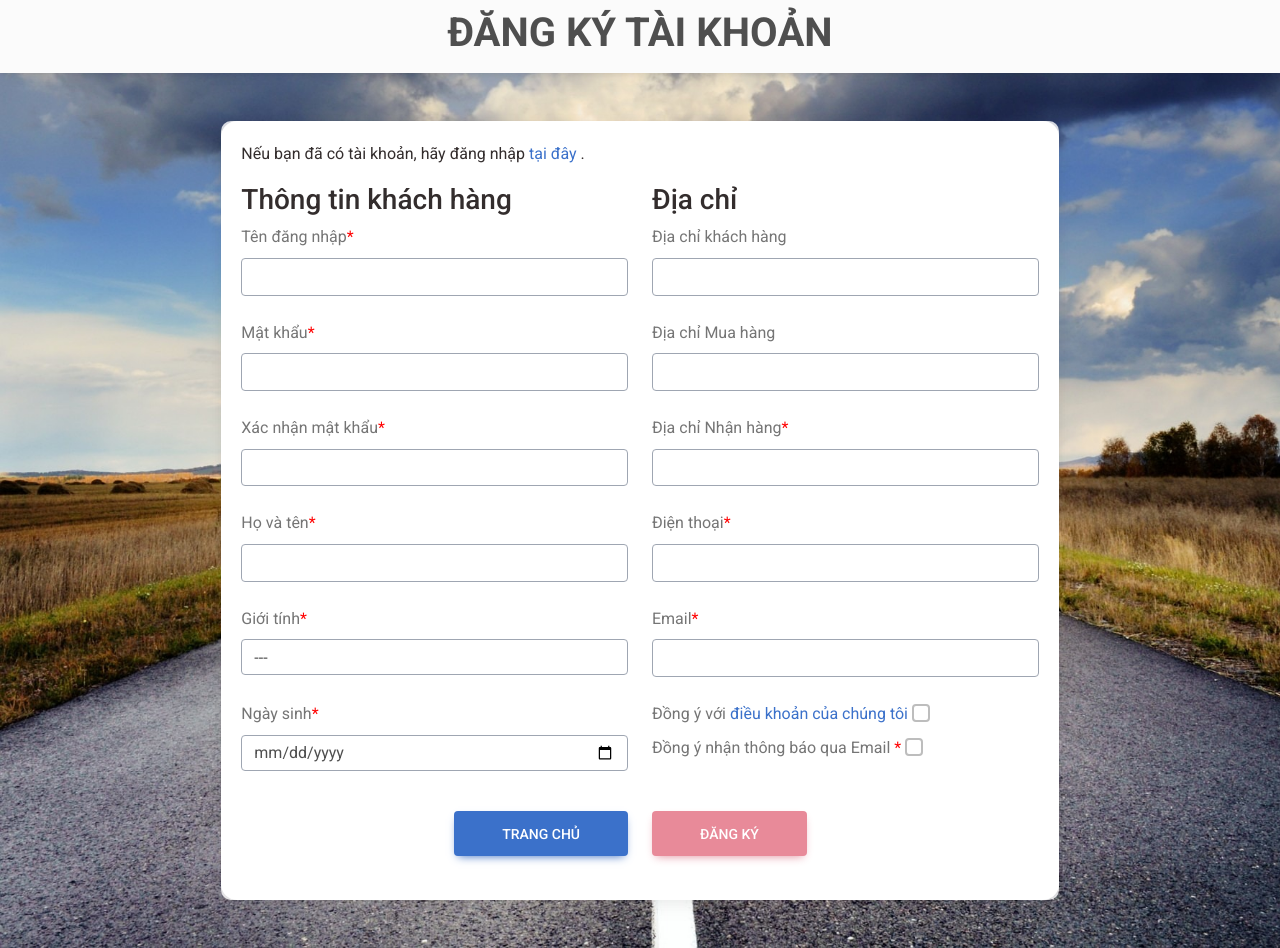
Repository: famtwendev/JSP_workspace
Page: http://localhost/Bai25_Bookstore12_TaoLayoutChoWebsite/KhachHang/dangky.jsp
These files come from the project's save history. The page is drawn as it stood at one moment and after the next save; the edit follows.
The browser window is 1280 px wide. The pictures show the whole page.
The page is served by Tomcat 9. Other server files are loaded and not shown. The template is opened directly, without the code that normally fills it, so the values that code supplies are empty.

Above is the page before, as saved 2024-03-25 17:34:05.
Console error: SyntaxError: Cannot use import statement outside a module

### Bai25_Bookstore12_TaoLayoutChoWebsite/src/main/webapp/KhachHang/dangky.jsp
<%@page import="model.KhachHang"%>
<%@ page language="java" contentType="text/html; charset=UTF-8" pageEncoding="UTF-8"%>
<!DOCTYPE html>
<html>
<head>
<meta charset="UTF-8">
<meta name="viewport" content="width=device-width, initial-scale=1.0" shrink-to-fit=no">
<title>Thay đổi thông tin</title>

<!-- MDB icon -->
<link rel="icon" href="img/mdb-favicon.ico" type="image/x-icon" />
<!-- Font Awesome -->
<link rel="stylesheet"
	href="https://cdnjs.cloudflare.com/ajax/libs/font-awesome/6.0.0/css/all.min.css" />
<!-- Google Fonts Roboto -->
<link rel="stylesheet"
	href="https://fonts.googleapis.com/css2?family=Roboto:wght@300;400;500;700;900&display=swap" />
<%
String url = request.getScheme() + "://" + request.getServerName() + ":" + request.getServerPort()
		+ request.getContextPath();
%>
<!-- MAIN CSS -->
<link rel="stylesheet" href="<%=url%>/css/maincs.css">
<link rel="stylesheet" href="<%=url%>/css/mdb.min.css">

<%
// Thiết lập biến session để xác định rằng trang đã được chuyển hướng từ một trang khác
session.setAttribute("redirectedFromAnotherPage", true);
%>
</head>
<body>
	<%
	Object objKH = session.getAttribute("khachHang");
	KhachHang khachHang = null;
	if (objKH != null)
		khachHang = (KhachHang) objKH;
	if (khachHang != null) {
		response.sendRedirect("./index.jsp"); // Thay "index.jsp" bằng URL của trang chính
	} else {
	%>
	<!-- Section: Design Block -->
	<section>
		<%
		String e_email = request.getAttribute("e_email") + "";
		e_email = (e_email.equals("null")) ? "" : e_email;

		String e_emailFormat = request.getAttribute("e_emailFormat") + "";
		e_emailFormat = (e_emailFormat.equals("null")) ? "" : e_emailFormat;

		String e_tenDangNhap = request.getAttribute("e_tenDangNhap") + "";
		e_tenDangNhap = (e_tenDangNhap.equals("null")) ? "" : e_tenDangNhap;

		String e_matKhau = request.getAttribute("e_matKhau") + "";
		e_matKhau = (e_matKhau.equals("null")) ? "" : e_matKhau;

		String tenDangNhap = request.getAttribute("tenDangNhap") + "";
		tenDangNhap = (tenDangNhap.equals("null")) ? "" : tenDangNhap;

		String hoVaTen = request.getAttribute("hoVaTen") + "";
		hoVaTen = (hoVaTen.equals("null")) ? "" : hoVaTen;

		String gioiTinh = request.getAttribute("gioiTinh") + "";
		gioiTinh = (gioiTinh.equals("null")) ? "" : gioiTinh;

		String ngaySinh = request.getAttribute("ngaySinh") + "";
		ngaySinh = (ngaySinh.equals("null")) ? "" : ngaySinh;

		String diaChiKhachHang = request.getAttribute("diaChiKhachHang") + "";
		diaChiKhachHang = (diaChiKhachHang.equals("null")) ? "" : diaChiKhachHang;

		String diaChiMuaHang = request.getAttribute("diaChiMuaHang") + "";
		diaChiMuaHang = (diaChiMuaHang.equals("null")) ? "" : diaChiMuaHang;

		String diaChiNhanHang = request.getAttribute("diaChiNhanHang") + "";
		diaChiNhanHang = (diaChiNhanHang.equals("null")) ? "" : diaChiNhanHang;

		String dienThoai = request.getAttribute("dienThoai") + "";
		dienThoai = (dienThoai.equals("null")) ? "" : dienThoai;

		String email = request.getAttribute("email") + "";
		email = (email.equals("null")) ? "" : email;

		String dongYNhanEmail = request.getAttribute("dongYNhanEmail") + "";
		dongYNhanEmail = (dongYNhanEmail.equals("null")) ? "" : dongYNhanEmail;
		%>
		<!-- Header -->
		<nav class="navbar navbar-expand-lg navbar-light bg-light">
			<div class="container-fluid justify-content-center align-items-center">
				<div>
					<h1 class="fw-bold">ĐĂNG KÝ TÀI KHOẢN</h1>
				</div>
			</div>

		</nav>
		<!-- neu block thi dung <div class = "container py-4 vh-100">  -->
		<div class="card-body py-5 h-100">
			<div class="container-fluid d-flex justify-content-center align-items-center">
				<div class="col-12 col-md-8 col-lg-6 col-xl-8">
					<div class="card text-dark" style="border-radius: 1rem;">
						<form id="myForm" class="form needs-validation m-0" action="<%=url%>/khach-hang" method="post">
							<input type="hidden" name="hanhDong" value="dang-ky">
							<!-- 2 column grid layout with text inputs for the first and last names -->
							<p>
								Nếu bạn đã có tài khoản, hãy đăng nhập
								<a href="./dangnhap.jsp">tại đây</a>
								.
							</p>
							<div class="row">
								<div class="col-md-6 mb-4">
									<h3 class="mb-2">Thông tin khách hàng</h3>
									<div class="form-outline">
										<label for="tenDangNhap" class="form-label">Tên đăng nhập<span
											class="red">* <%=e_tenDangNhap%></span></label>
										<input type="text" class="form-control border border-secondary" id="tenDangNhap"
											name="tenDangNhap" required="required" value="<%=tenDangNhap%>">
									</div>
								</div>

								<div class="col-md-6 mb-4">
									<h3 class="mb-2">Địa chỉ</h3>
									<div class="form-outline">
										<label for="diaChiKhachHang" class="form-label">Địa chỉ khách hàng</label>
										<input type="text" class="form-control border border-secondary"
											id="diaChiKhachHang" name="diaChiKhachHang" value="<%=diaChiKhachHang%>">
									</div>
								</div>
							</div>


							<div class="row">
								<div class="col-md-6 mb-4">
									<div class="form-outline">
										<label for="matKhau" class="form-label">Mật khẩu<span class="red">* <%=e_matKhau%></span></label>
										<input type="password" class="form-control border border-secondary" id="matKhau"
											name="matKhau" required="required" onkeyup="kiemTraMatKhau()">
									</div>
								</div>
								<div class="col-md-6 mb-4">
									<div class="form-outline">
										<label for="diaChiMuaHang" class="form-label">Địa chỉ Mua hàng</label>
										<input type="text" class="form-control border border-secondary"
											id="diaChiMuaHang" name="diaChiMuaHang" value="<%=diaChiMuaHang%>">
									</div>
								</div>
							</div>


							<div class="row">
								<div class="col-md-6 mb-4">
									<div class="form-outline">
										<label for="matKhauNhapLai" class="form-label">Xác nhận mật khẩu<span
											class="red">*</span><span class="red" id="msg"></span>
										</label>
										<input type="password" class="form-control border border-secondary"
											id="matKhauNhapLai" name="matKhauNhapLai" required="required"
											onkeyup="kiemTraMatKhau()">
									</div>
								</div>
								<div class="col-md-6 mb-4">
									<div class="form-outline">
										<label for="diaChiNhanHang" class="form-label">Địa chỉ Nhận hàng<span
											class="red">*</span>
										</label>
										<input type="text" class="form-control border border-secondary"
											id="diaChiNhanHang" name="diaChiNhanHang" value="<%=diaChiNhanHang%>">
									</div>
								</div>
							</div>

							<div class="row">
								<div class="col-md-6 mb-4">
									<div class="form-outline">
										<label for="hoVaTen" class="form-label">Họ và tên<span class="red">*</span></label>
										<input type="text" class="form-control border border-secondary" id="hoVaTen"
											name="hoVaTen" value="<%=hoVaTen%>" required="required">
									</div>
								</div>
								<div class="col-md-6 mb-4">
									<div class="form-outline">
										<label for="dienThoai" class="form-label">Điện thoại<span class="red">*</span></label>
										<input type="tel" class="form-control border border-secondary" id="dienThoai"
											name="dienThoai" value="<%=dienThoai%>">
									</div>
								</div>
							</div>
							<div class="row">
								<div class="col-md-6 mb-4">
									<label for="gioiTinh" class="form-label">Giới tính<span class="red">*</span></label>
									<select class="form-control border border-secondary" id="gioiTinh"
										name="gioiTinh" required="required">
										<option selected disabled hidden>---</option>
										<option value="Nam" <%=(gioiTinh.equals("Nam")) ? "selected='selected'" : ""%>>Nam</option>
										<option value="Nữ" <%=(gioiTinh.equals("Nữ")) ? "selected='selected'" : ""%>>Nữ</option>
										<option value="Khác" <%=(gioiTinh.equals("Khác")) ? "selected='selected'" : ""%>>Khác</option>
									</select>
								</div>
								<div class="col-md-6 mb-4">
									<div class="form-outline">
										<label for="email" class="form-label">Email<span class="red">* <%=e_email%>
												<%=e_emailFormat%></span></label>
										<input type="email" class="form-control border border-secondary" id="email"
											name="email" value="<%=email%>">
									</div>
								</div>
							</div>
							<div class="row">
								<div class="col-md-6 mb-4">
									<label for="ngaySinh" class="form-label">Ngày sinh<span class="red">*</span></label>
									<input type="date" class="form-control border border-secondary" id="ngaySinh"
										name="ngaySinh" value="<%=ngaySinh%>" required="required">
								</div>
								<div class="col-md-6 mb-4">
									<div>
										<label for="dongYDieuKhoan" class="form-label">Đồng ý với <a href="#">điều
												khoản của chúng tôi </a>
										</label>
										<input type="checkbox" class="form-check-input" id="dongYDieuKhoan"
											name="dongYDieuKhoan">
									</div>

									<div>
										<label for="dongYNhanEmail" class="form-label">Đồng ý nhận thông báo qua
											Email <span class="red">*</span>
										</label>
										<input type="checkbox" class="form-check-input" id="dongYNhanEmail"
											name="dongYNhanEmail" <%=(dongYNhanEmail.equals("1")) ? "checked" : ""%>>
									</div>
								</div>
							</div>
							<div class="row justify-content-center align-items-center">
								<div class="col-md-6 mb-4" style="text-align: right;">
									<!-- Nút button về trang chủ -->
									<a href="../index.jsp" class="btn btn-primary btn-lg px-5 mt-3"> Trang chủ </a>
								</div>
								<!-- Sử dụng lưới bootstrap -->
								<div class="col-md-6 mb-4">
									<input class="btn btn-danger btn-lg px-5 mt-3" type="submit" value="Đăng ký"
										name="submit" id="submit" disabled>
								</div>
							</div>

						</form>
					</div>
				</div>
			</div>
		</div>
	</section>

	<!-- function js -->
	<script src="<%=url%>/js/mainjs.js"></script>

	<!-- MDB -->
	<script type="text/javascript" src="<%=url%>/js/mdb.umd.min.js"></script>
	<script type="text/javascript">// Initialization for ES Users
    import { Input, initMDB } from "mdb-ui-kit";
    initMDB({ Input });
</script>
	<%
	}
	%>
	<!-- Section: Design Block -->
	<!-- <script>
	function kiemTraMatKhau() {
		matKhau = document.getElementById("matKhau").value;
		matKhauNhapLai = document.getElementById("matKhauNhapLai").value;
		if (matKhau != matKhauNhapLai) {
			document.getElementById("msg").textContent = "  Mật khẩu không khớp!";
			return false;
		} else {
			document.getElementById("msg").textContent = "";
			return true;
		}
	}
</script>  -->
</body>
</html>

### Bai25_Bookstore12_TaoLayoutChoWebsite/src/main/webapp/css/maincs.css
@charset "UTF-8";
body {
	margin: 0;
	padding: 0;
	background-image: url(../img/background.jpg);
	/* Đường dẫn đến hình nền */
	background-size: cover;
}

.red {
	color: red;
}

form {
	background-color: rgba(255, 255, 255, 0.8); /* Màu nền trong suốt */
	margin-top: 5rem;
	padding: 20px;
	border-radius: 10px;
}

### Bai25_Bookstore12_TaoLayoutChoWebsite/src/main/webapp/js/mainjs.js
/**
 *
 */

// Gọi hàm kiểm tra dữ liệu khi tài liệu được tải hoàn toàn
document.addEventListener('DOMContentLoaded', function() {
    kiemTraDuLieu(); // Gọi hàm kiểm tra dữ liệu khi tài liệu được tải hoàn toàn

    // Gán sự kiện cho các phần tử HTML
    document.getElementById('tenDangNhap').addEventListener('keyup', kiemTraDuLieu);
    document.getElementById('matKhau').addEventListener('keyup', kiemTraDuLieu);
    document.getElementById('matKhauNhapLai').addEventListener('keyup', kiemTraDuLieu);
    document.getElementById('hoVaTen').addEventListener('keyup', kiemTraDuLieu);
    document.getElementById('gioiTinh').addEventListener('change', kiemTraDuLieu);
    document.getElementById('ngaySinh').addEventListener('change', kiemTraDuLieu);
    document.getElementById('diaChiNhanHang').addEventListener('keyup', kiemTraDuLieu);
    document.getElementById('dienThoai').addEventListener('keyup', kiemTraDuLieu);
    document.getElementById('email').addEventListener('keyup', kiemTraDuLieu);
    document.getElementById('dongYDieuKhoan').addEventListener('change', kiemTraDuLieu);
});

// Hàm kiểm tra dữ liệu
function kiemTraDuLieu() {
    // Kiểm tra dữ liệu và điều chỉnh thuộc tính disabled cho nút submit
    var tenDangNhap = document.getElementById('tenDangNhap').value;
    var matKhau = document.getElementById('matKhau').value;
    var matKhauNhapLai = document.getElementById('matKhauNhapLai').value;
    var hoVaTen = document.getElementById('hoVaTen').value;
    var gioiTinh = document.getElementById('gioiTinh').value;
    var ngaySinh = document.getElementById('ngaySinh').value;
    var diaChiNhanHang = document.getElementById('diaChiNhanHang').value;
    var dienThoai = document.getElementById('dienThoai').value;
    var email = document.getElementById('email').value;
    var dongYDieuKhoan = document.getElementById('dongYDieuKhoan').checked;


    if (tenDangNhap.trim() !== '' && matKhau.trim() !== '' && matKhauNhapLai.trim() !== '' &&
        hoVaTen.trim() !== '' && gioiTinh.trim() !== '' && ngaySinh.trim() !== '' &&
        diaChiNhanHang.trim() !== '' && dienThoai.trim() !== '' && email.trim() !== '' &&
        dongYDieuKhoan && kiemTraMatKhau()) {
        document.getElementById('submit').removeAttribute('disabled');
    } else {
        document.getElementById('submit').setAttribute('disabled', 'disabled');
    }
}


function kiemTraMatKhau() {
	matKhau = document.getElementById("matKhau").value;
	matKhauNhapLai = document.getElementById("matKhauNhapLai").value;
	if (matKhau != matKhauNhapLai) {
		document.getElementById("msg").textContent = "  Mật khẩu không khớp!";
		return false;
	} else {
		document.getElementById("msg").textContent = "";
		return true;
	}
}

Loaded but not shown: Bai25_Bookstore12_TaoLayoutChoWebsite/src/main/webapp/css/mdb.min.css (library); Bai25_Bookstore12_TaoLayoutChoWebsite/src/main/webapp/js/mdb.umd.min.js (library)

After the next save:
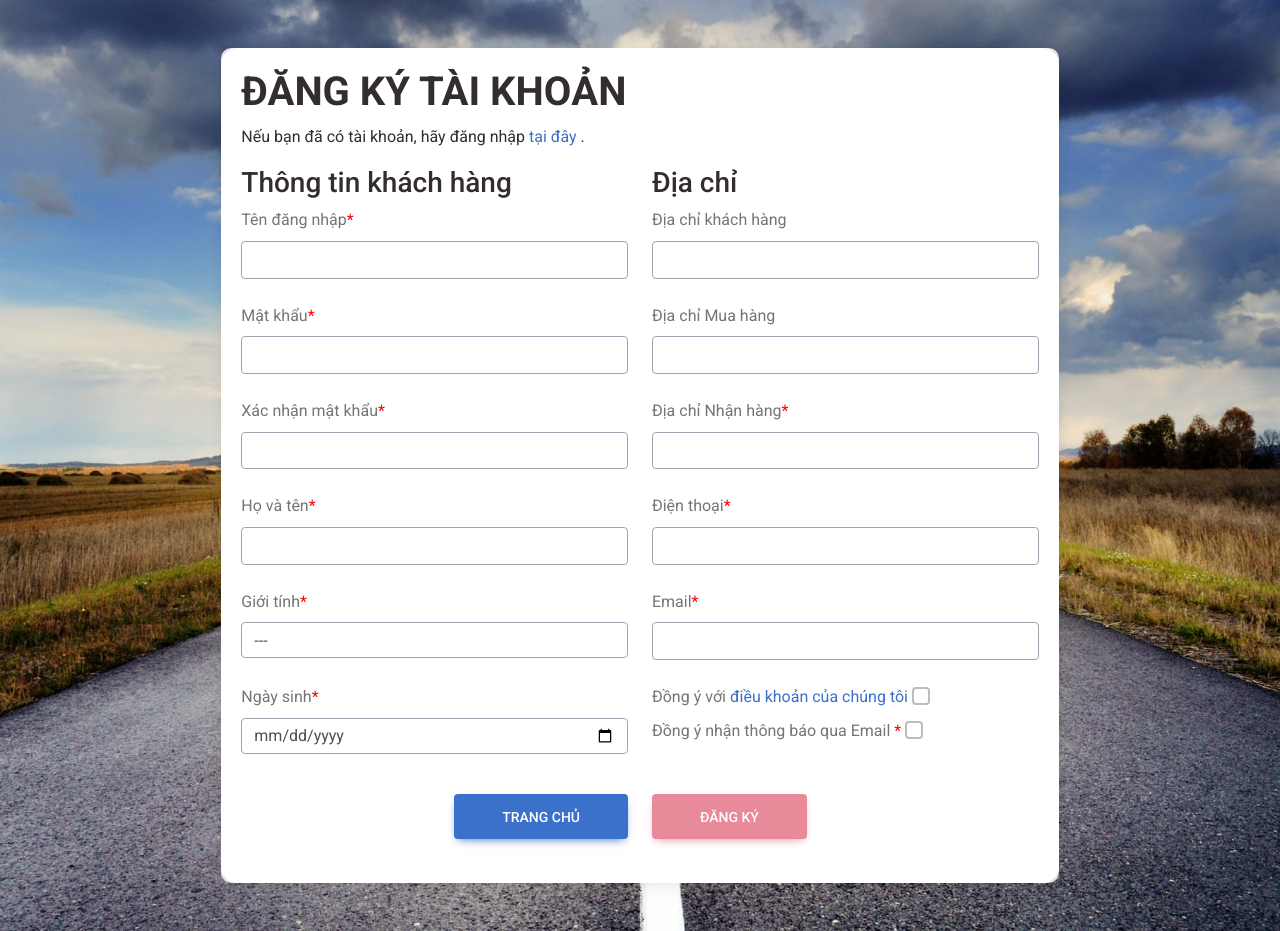
Saved 95 s later.
--- a/Bai25_Bookstore12_TaoLayoutChoWebsite/src/main/webapp/KhachHang/dangky.jsp
+++ b/Bai25_Bookstore12_TaoLayoutChoWebsite/src/main/webapp/KhachHang/dangky.jsp
@@ -83,15 +83,6 @@ session.setAttribute("redirectedFromAnotherPage", true);
 		String dongYNhanEmail = request.getAttribute("dongYNhanEmail") + "";
 		dongYNhanEmail = (dongYNhanEmail.equals("null")) ? "" : dongYNhanEmail;
 		%>
-		<!-- Header -->
-		<nav class="navbar navbar-expand-lg navbar-light bg-light">
-			<div class="container-fluid justify-content-center align-items-center">
-				<div>
-					<h1 class="fw-bold">ĐĂNG KÝ TÀI KHOẢN</h1>
-				</div>
-			</div>
-
-		</nav>
 		<!-- neu block thi dung <div class = "container py-4 vh-100">  -->
 		<div class="card-body py-5 h-100">
 			<div class="container-fluid d-flex justify-content-center align-items-center">
@@ -99,6 +90,7 @@ session.setAttribute("redirectedFromAnotherPage", true);
 					<div class="card text-dark" style="border-radius: 1rem;">
 						<form id="myForm" class="form needs-validation m-0" action="<%=url%>/khach-hang" method="post">
 							<input type="hidden" name="hanhDong" value="dang-ky">
+							<h1 class="fw-bold">ĐĂNG KÝ TÀI KHOẢN</h1>
 							<!-- 2 column grid layout with text inputs for the first and last names -->
 							<p>
 								Nếu bạn đã có tài khoản, hãy đăng nhập
